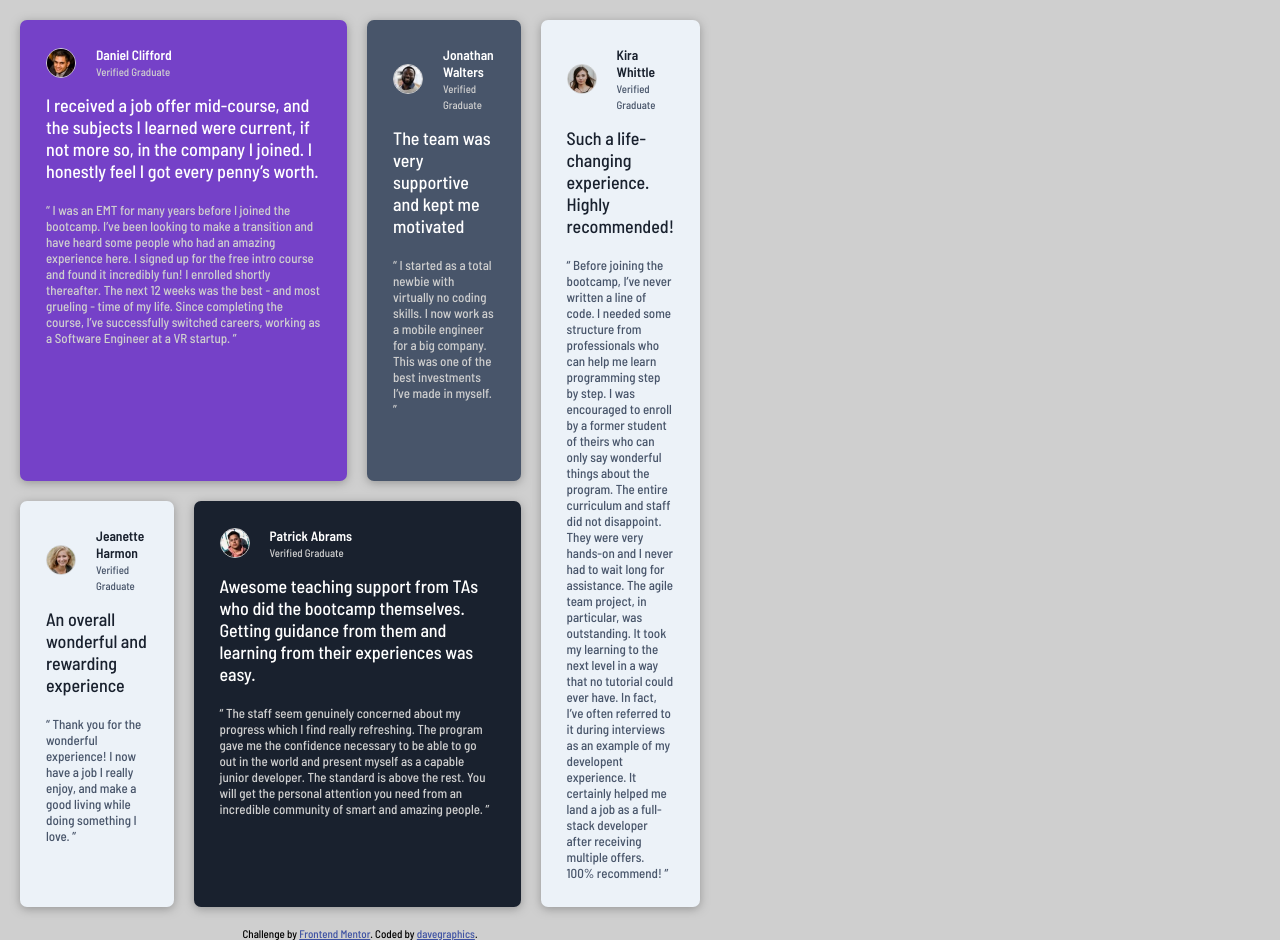
Repository: DejV44/testimonials_grid_section_main
Page: index.html
An editor plug-in stored every save of this project. The page is shown before and after the next save, followed by the edit.
The browser window is 1280 px wide. The pictures show the whole page.
The style sheet was rebuilt from its Sass, Less or Tailwind sources for each picture, by a compiler version that may differ from the author's.

Above is the page before, as saved 2021-07-15 19:59:02.

### index.html
<!DOCTYPE html>
<html lang="en">

<head>
  <meta charset="UTF-8">
  <meta name="viewport" content="width=device-width, initial-scale=1.0">
  <link rel="stylesheet" href="css/style.css">
  <link rel="icon" type="image/png" sizes="32x32" href="./images/favicon-32x32.png">
  <title>Frontend Mentor | Testimonials grid section</title>
</head>

<body>
  <div class="container">
    <div class="cards violet">
      <div class="image">
        <img src="./images/image-daniel.jpg" alt="image-daniel">
        <div>
          <h4>Daniel Clifford</h4>
          <small>Verified Graduate</small>
        </div>
      </div>
      <p>I received a job offer mid-course, and the subjects I learned were current, if not more so,
        in the company I joined. I honestly feel I got every penny’s worth.</p>
      <blockquote>“ I was an EMT for many years before I joined the bootcamp. I’ve been looking to make a
        transition and have heard some people who had an amazing experience here. I signed up
        for the free intro course and found it incredibly fun! I enrolled shortly thereafter.
        The next 12 weeks was the best - and most grueling - time of my life. Since completing
        the course, I’ve successfully switched careers, working as a Software Engineer at a VR startup. ”</blockquote>
    </div>
    <div class="cards darkgray">
      <div class="image">
        <img src="./images/image-jonathan.jpg" alt="image-jonathan">
        <div>
          <h4>Jonathan Walters</h4>
          <small>Verified Graduate</small>
        </div>
      </div>
      <p>The team was very supportive and kept me motivated</p>
      <blockquote>“ I started as a total newbie with virtually no coding skills. I now work as a mobile engineer
        for a big company. This was one of the best investments I’ve made in myself. ”</blockquote>
    </div>
    <div class="cards lgblue">
      <div class="image">
        <img src="./images/image-jeanette.jpg" alt="image-jeanette">
        <div>
          <h4>Jeanette Harmon</h4>
          <small>Verified Graduate</small>
        </div>
      </div>
      <p>An overall wonderful and rewarding experience</p>
      <blockquote>“ Thank you for the wonderful experience! I now have a job I really enjoy, and make a good living
        while doing something I love. ”</blockquote>
    </div>
    <div class="cards dbblue">
      <div class="image">
        <img src="./images/image-patrick.jpg" alt="image-patrick">
        <div>
          <h4>Patrick Abrams</h4>
          <small>Verified Graduate</small>
        </div>
      </div>
      <p>Awesome teaching support from TAs who did the bootcamp themselves. Getting guidance from them and
        learning from their experiences was easy.</p>
      <blockquote>“ The staff seem genuinely concerned about my progress which I find really refreshing. The program
        gave me the confidence necessary to be able to go out in the world and present myself as a capable
        junior developer. The standard is above the rest. You will get the personal attention you need from
        an incredible community of smart and amazing people. ”</blockquote>
    </div>
    <div class="cards lgblue_b">
      <div class="image">
        <img src="./images/image-kira.jpg" alt="image-kira">
        <div>
          <h4>Kira Whittle</h4>
          <small>Verified Graduate</small>
        </div>
      </div>
      <p>Such a life-changing experience. Highly recommended!</p>
      <blockquote>“ Before joining the bootcamp, I’ve never written a line of code. I needed some structure from
        professionals who can help me learn programming step by step. I was encouraged to enroll by a former
        student of theirs who can only say wonderful things about the program. The entire curriculum and staff
        did not disappoint. They were very hands-on and I never had to wait long for assistance. The agile team
        project, in particular, was outstanding. It took my learning to the next level in a way that no tutorial
        could ever have. In fact, I’ve often referred to it during interviews as an example of my developent
        experience. It certainly helped me land a job as a full-stack developer after receiving multiple offers.
        100% recommend! ”</blockquote>
    </div>
  </div>
  <div class="attribution">
    Challenge by <a href="https://www.frontendmentor.io?ref=challenge" target="_blank">Frontend Mentor</a>.
    Coded by <a href="#">davegraphics</a>.
  </div>
</body>

</html>

### css/style.scss
@import url("https://fonts.googleapis.com/css2?family=Barlow+Semi+Condensed:wght@500;600&display=swap");

$ModerateViolet: hsl(263, 55%, 52%);
$VeryDarkGrayishBlue: hsl(217, 19%, 35%);
$VeryDarkBlackishBlue: hsl(219, 29%, 14%);
$White: hsl(0, 0%, 100%);
$LightGray: hsl(0, 0%, 81%);
$LightGrayishBlue: hsl(210, 46%, 95%);

* {
  margin: 0;
  padding: 0;
  box-sizing: border-box;
}

body {
  width: 100vh;
  font-size: 13px;
  font-family: "Barlow Semi Condensed", sans-serif;
  background-color: $LightGray;

  .container {
    display: grid;
    grid-template-columns: 1fr;
    margin: 20px;
    gap: 20px;
    .cards {
      padding: 2em;
      border-radius: 7px;
      box-shadow: rgba(128, 128, 128, 0.712) 0px 2px 10px;

      &.violet {
        background-color: $ModerateViolet;
      }

      &.darkgray {
        background-color: $VeryDarkGrayishBlue;
      }

      &.lgblue {
        background-color: $LightGrayishBlue;
        p {
          color: $VeryDarkBlackishBlue;
        }
        blockquote {
          color: $VeryDarkGrayishBlue;
        }
        .image {
          h4 {
            color: $VeryDarkBlackishBlue;
          }
          small {
            color: $VeryDarkGrayishBlue;
          }
        }
      }

      &.lgblue_b {
        background-color: $LightGrayishBlue;
        p {
          color: $VeryDarkBlackishBlue;
        }
        blockquote {
          color: $VeryDarkGrayishBlue;
        }
        .image {
          h4 {
            color: $VeryDarkBlackishBlue;
          }
          small {
            color: $VeryDarkGrayishBlue;
          }
        }
      }
      &.dbblue {
        background-color: $VeryDarkBlackishBlue;
      }

      .image {
        display: flex;
        margin-bottom: 15px;
        align-items: center;

        img {
          border-radius: 50%;
          width: 30px;
          height: 30px;
          margin-right: 20px;
          border: 1px solid $LightGray;
        }

        h4 {
          color: $White;
          font-size: 13.5px;
        }

        small {
          color: $LightGray;
        }
      }

      blockquote {
        color: $LightGray;
        padding-top: 20px;
      }
      p {
        color: $White;
        font-size: 18px;
      }
    }
  }

  @media (min-width: 640px) {
    .container {
      grid-template-columns: repeat(2, 1fr);
    }
  }

  @media (min-width: 1280px) {
    .container {
      max-width: 1440px;
      grid-template-columns: repeat(4, 1fr);
      .cards {
        &.violet {
          grid-column: 1/3;
        }
        &.lgblue_b {
          grid-column: 4;
          grid-row: 1/3;
        }
        &.dbblue {
          grid-column: 2/4;
        }
      }
    }
  }

  .attribution {
    font-size: 11px;
    text-align: center;
  }
  .attribution a {
    color: hsl(228, 45%, 44%);
  }
}

After the next save:
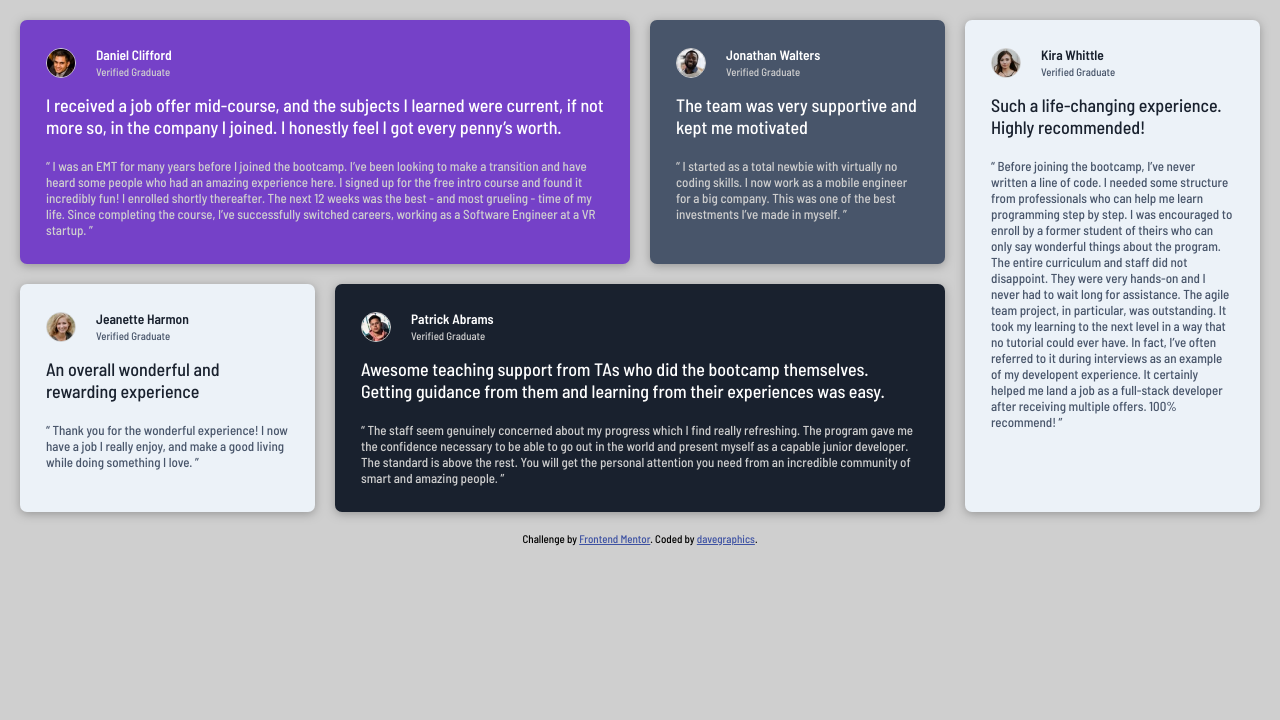
Saved 17 s later.
--- a/css/style.scss
+++ b/css/style.scss
@@ -14,7 +14,7 @@
 }
 
 body {
-  width: 100vh;
+  width: 100hv;
   font-size: 13px;
   font-family: "Barlow Semi Condensed", sans-serif;
   background-color: $LightGray;

After the save that followed:
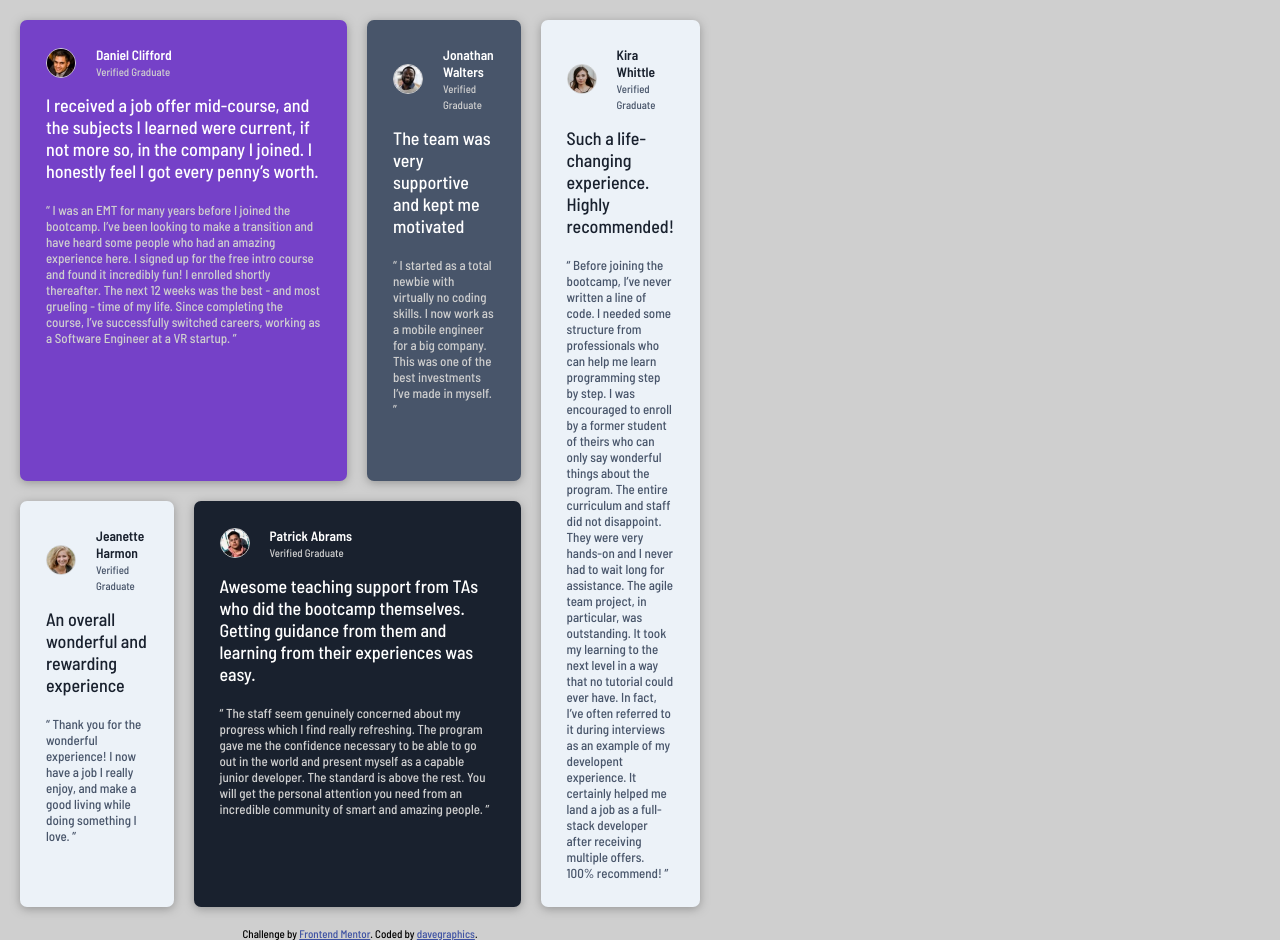
Saved 6 s later.
--- a/css/style.scss
+++ b/css/style.scss
@@ -14,7 +14,7 @@
 }
 
 body {
-  width: 100hv;
+  width: 100vh;
   font-size: 13px;
   font-family: "Barlow Semi Condensed", sans-serif;
   background-color: $LightGray;
